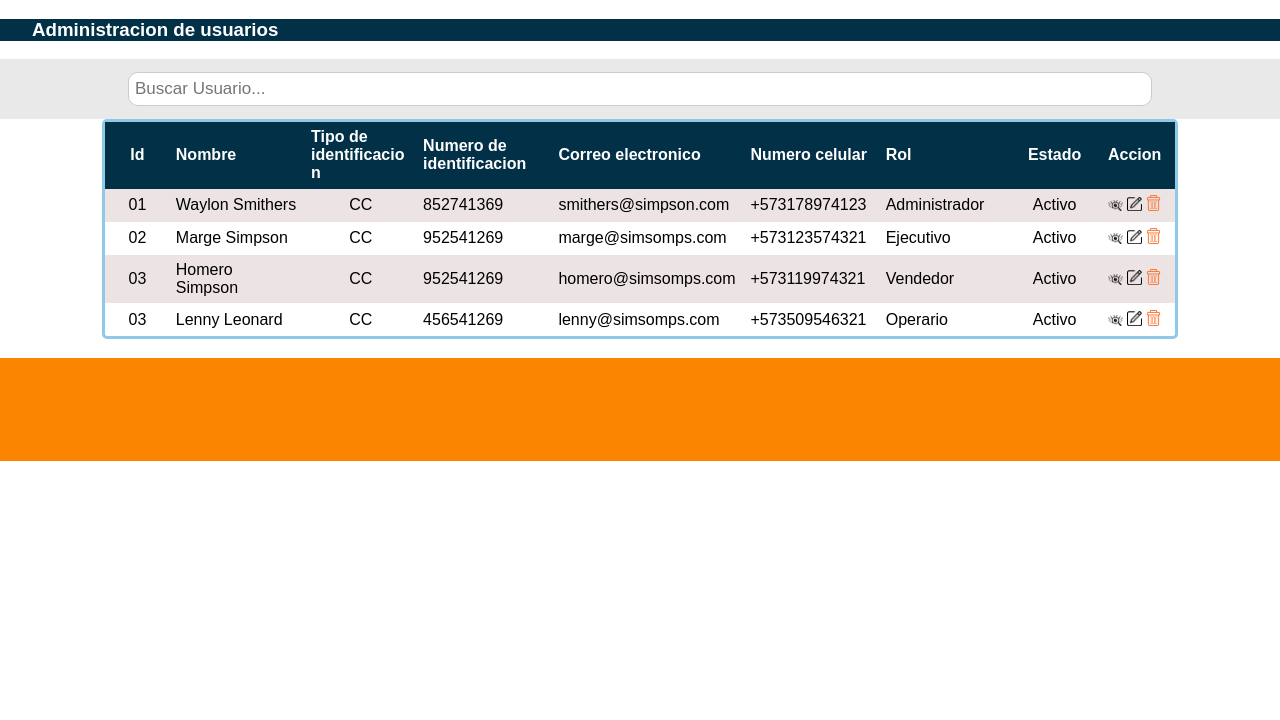
Repository: AlexanderBarona/Proyecto_Ciclo3_Mintic
Page: PaginaWeb/pages/admin_user.html
The author's editor kept a copy of each file at every save. The page is drawn from the files as they stood at one save, then again after the next save.
The browser window is 1280 px wide. The pictures show the whole page.

Above is the page before, as saved 2021-09-30 14:53:00.

### PaginaWeb/pages/admin_user.html
<!DOCTYPE html>
<html>

   <head>
      <title>Administracion de Usuarios</title>
      <link href="../css/style.css" rel="stylesheet" type="text/css">
      <link href="../css/admin_user.css" rel="stylesheet" type="text/css">
   </head>
   <body class="admin_user">
      <header>
         <h3>Administracion de usuarios</h3>
      </header>
      <main>
        <div class="TopBar">
            <div class="Search ">
                <input type="text" placeholder="Buscar Usuario...">
            </div>

        </div>

        <div class="table_principal">
            <table class="table_entity">

              <tbody class="table_body" >

                  <tr class="table_header" >

                    <td class="table_cell center">Id</td>
                    <td class="table_cell">Nombre</td>
                    <td class="table_cell">Tipo de identificacion</td>
                    <td class="table_cell">Numero de identificacion</td>
                    <td class="table_cell">Correo electronico</td>
                    <td class="table_cell">Numero celular</td>
                    <td class="table_cell">Rol</td>
                    <td class="table_cell center">Estado</td>
                    <td class="table_cell center">Accion</td>

                  </tr>

                  <tr >
                    <td class="table_cell center">01</td>
                    <td class="table_cell">Waylon Smithers</td>
                    <td class="table_cell center">CC</td>
                    <td class="table_cell">852741369</td>
                    <td class="table_cell">smithers@simpson.com</td>
                    <td class="table_cell">+573178974123</td>
                    <td class="table_cell">Administrador</td>
                    <td class="table_cell center">Activo</td>
                    <td class="table_cell center">
                      <div class="icon_container">
                        <nav>
                          <a href="icon_table">
                            <img class="icon_cell" src="../images/IconRead.ico">
                          </a>
                          <a href="icon_table">
                            <img class="icon_cell" src="../images/IconUpdate.ico">
                          </a>
                          <a href="icon_table">
                            <img class="icon_cell" src="../images/IconDelete.ico">
                          </a>
                        </nav>
                    </div>

                    </td>
                  </tr>

                <tr >
                  <td class="table_cell center">02</td>
                  <td class="table_cell">Marge Simpson</td>
                  <td class="table_cell center">CC</td>
                  <td class="table_cell">952541269</td>
                  <td class="table_cell">marge@simsomps.com</td>
                  <td class="table_cell">+573123574321</td>
                  <td class="table_cell">Ejecutivo</td>
                  <td class="table_cell center">Activo</td>
                  <td class="table_cell center">
                    <div class="icon_container ">
                      <nav>
                        <a href="icon_table">
                          <img class="icon_cell" src="../images/IconRead.ico">
                        </a>
                        <a href="icon_table">
                          <img class="icon_cell" src="../images/IconUpdate.ico">
                        </a>
                        <a href="icon_table">
                          <img class="icon_cell" src="../images/IconDelete.ico">
                        </a>
                      </nav>
                  </div>
                  </td>
                </tr>

                <tr >
                    <td class="table_cell center">03</td>
                    <td class="table_cell">Homero Simpson</td>
                    <td class="table_cell center">CC</td>
                    <td class="table_cell">952541269</td>
                    <td class="table_cell">homero@simsomps.com</td>
                    <td class="table_cell">+573119974321</td>
                    <td class="table_cell">Vendedor</td>
                    <td class="table_cell center">Activo</td>
                    <td class="table_cell center">

                                    <div class="icon_container">
                                        <nav>
                                          <a href="icon_table">
                                            <img class="icon_cell" src="../images/IconRead.ico">
                                          </a>
                                          <a href="icon_table">
                                            <img class="icon_cell" src="../images/IconUpdate.ico">
                                          </a>
                                          <a href="icon_table">
                                            <img class="icon_cell" src="../images/IconDelete.ico">
                                          </a>
                                        </nav>
                                    </div>


                    </td>
                </tr>
                <tr >
                    <td class="table_cell center">03</td>
                    <td class="table_cell">Lenny Leonard</td>
                    <td class="table_cell center">CC</td>
                    <td class="table_cell">456541269</td>
                    <td class="table_cell">lenny@simsomps.com</td>
                    <td class="table_cell">+573509546321</td>
                    <td class="table_cell">Operario</td>
                    <td class="table_cell center">Activo</td>
                    <td class="table_cell center">
                      <div class="icon_container">
                        <nav>
                          <a href="icon_table">
                            <img class="icon_cell" src="../images/IconRead.ico">
                          </a>
                          <a href="icon_table">
                            <img class="icon_cell" src="../images/IconUpdate.ico">
                          </a>
                          <a href="icon_table">
                            <img class="icon_cell" src="../images/IconDelete.ico">
                          </a>
                        </nav>
                    </div>
                    </td>
                </tr>
              </tbody>
            </table>
        </div>
      </main>
      <footer>
        <div>
          <h3>Administracion de usuarios</h3>
          <h3>Administracion de usuarios</h3>
          <h3>Administracion de usuarios</h3>
        </div>
      </footer>
   </body>
</html>

### PaginaWeb/css/style.css
* {
  box-sizing: border-box;
}

body {
  margin: 0;
  font-family: Arial, Helvetica, sans-serif;
}
header {
  background-color: #023047;
  color:  white;
  padding-left:2em ;

}

footer{
  background-color: #FB8500;
  color:  #FB8500;

}

### PaginaWeb/css/admin_user.css
/* css barra busqueda*/
@media screen and (max-width: 600px) {
  .Search a,
  .Search input[type="text"] {

    display: block;
    text-align: left;
    width: 100%;
    margin: 0 auto;
    padding: 14px;
    align-items: center;
  }
}

.admin_user .Search {
   overflow: hidden;
   background-color: #e9e9e9;
   display: block;
   width: 100%;
   text-align: center;
  }

.Search a {

    display: block;
    color: black;
    text-align: center;
    padding: 14px 16px;
    text-decoration: none;
    font-size: 17px;
  }

  .Search a:hover {
    background-color: #ddd;
    color: black;
  }

  .Search a.active {
    background-color: #9dcaf0;
    color: white;
  }

  .Search input[type="text"] {
    float: center;
    border-radius: 10px;
    border: 1px solid rgb(174, 204, 218);
    padding: 6px;
    margin-top: 1%;
    margin-right: 2%;
    margin-left: 2%;
    margin-bottom: 1%;
    font-size: 17px;
    width: 80%;
  }
  .Search input[type="text"] {
    border: 1px solid #ccc;
  }

 /* css tabla*/

  .table_entity {
    table-layout: fixed;
    width: 84%;
    margin: 0 auto;
    border-collapse: separate;
    border-spacing: 0px;
    border-radius: 5px;
    border: 3px solid #8ECAE6;

  }

  .table_entity td:first-child {
    width: 4em;
  }
  .table_entity td:nth-child(3) {
    width: 7em;
  }
  .table_entity td:nth-child(5) {
    width: 12em;
  }
  .table_entity td:nth-child(8) {
    width: 5em;

  }
  .table_entity td:nth-child(9) {
    width: 5em;
  }




  .table_header {
    background-color: #023047;
    color: #fff;
    font-weight:bold;
  }

  .table_entity tr:nth-child(even) {
  background-color: #ece4e4;
}

.table_entity .center {
  text-align: center;
}
/* css tabla perfiles*/
.table_entity2 {
  table-layout: fixed;
  width: 84%;
  margin: 0 auto;
  border-collapse: separate;
  border-spacing: 0px;
  border-radius: 5px;
  border: 3px solid #8ECAE6;

}

.table_entity2 td:first-child {
  width: 4em;
}

.table_entity2 td:nth-child(2) {
  width: 16em;
}


.table_entity2 td:nth-child(6) {
  width: 4.8em;

}


.table_entity2 tr:nth-child(even) {
background-color: #ece4e4;
}

.table_entity2 .center {
  text-align: center;
}

  th, td {

      word-wrap: break-word;
      padding: 0.4em;
      margin: 0em;
  }
  /* iconos */
  .icon_cell {

    height: 28%;
    width: 22%;
    margin: 0 auto 0 0;


}

.icon_container a , .icon_container a:visited {


  text-decoration: none;

}
/* css checkbox */

.checkbox_container input[type="checkbox"]  {
  content: "";
  width: 2em;
  height: 2em;
  border: 4px solid #bf810f;
  float: left;
  margin: 0 auto 0 0;
  border-right: 0;
  border-top: 0;


}
.checkbox_container input[type="checkbox"]:checked   {
  content: "";
  width: 2.2em;
  height: 2.2em;
  border: 4px solid #bf810f;
  color: #bf810f;
  background-color:#bf810f ;
  float: left;
  margin: 0 auto 0 0;
  border-right: 0;
  border-top: 0;

}

After the next save:
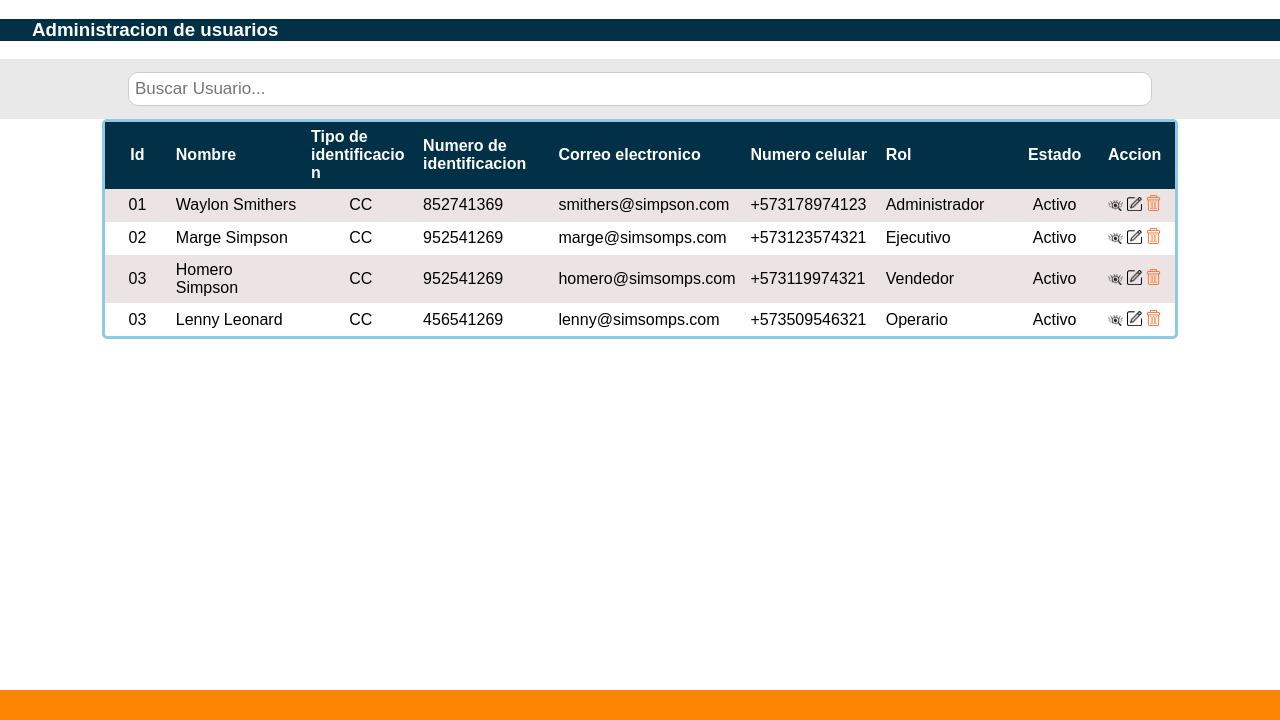
Saved 99 s later.
--- a/PaginaWeb/css/style.css
+++ b/PaginaWeb/css/style.css
@@ -16,5 +16,9 @@ header {
 footer{
   background-color: #FB8500;
   color:  #FB8500;
-
+  position:fixed;
+  left:0px;
+  bottom:0px;
+  height:30px;
+  width:100%;
 }
